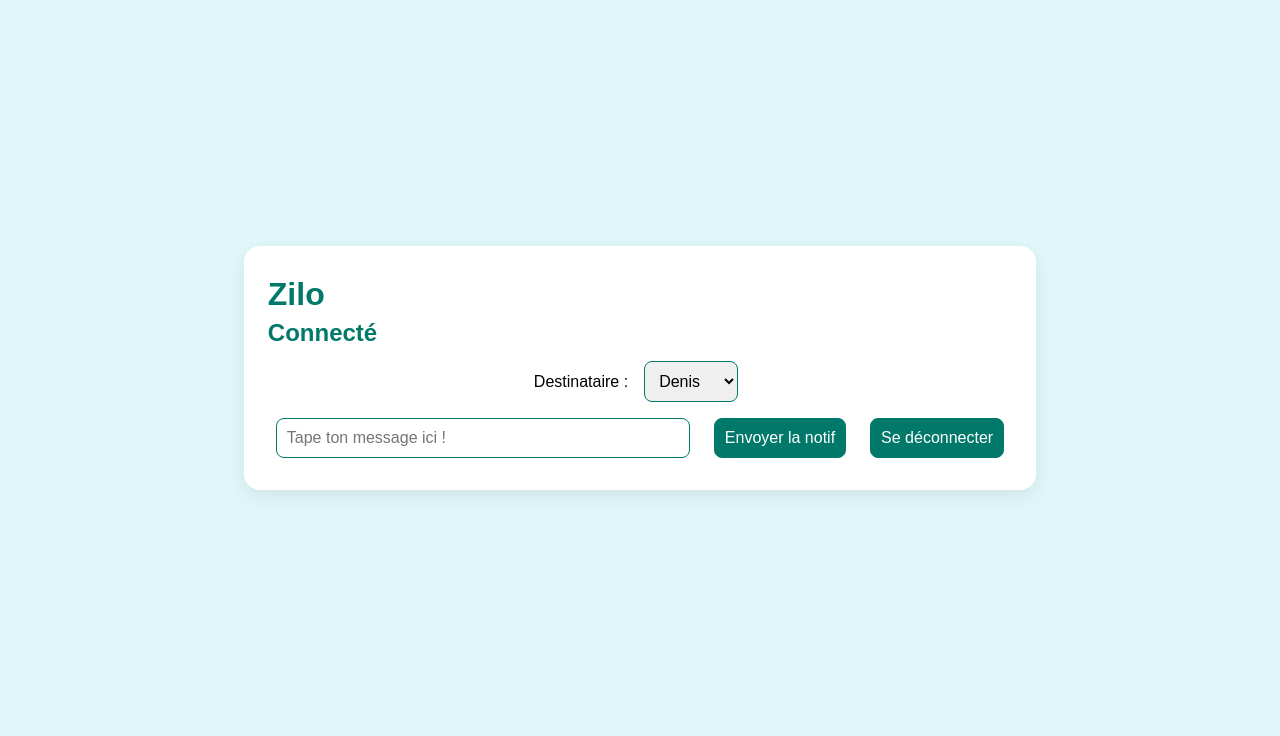
Repository: nlagardere/LumoNet
Page: public/index.html
These files come from the project's save history. The page is drawn as it stood at one moment and after a run of saves; the edit follows.
The browser window is 1280 px wide. The pictures show the whole page.

Above is the page before, as saved 2025-08-18 19:57:26.

### public/index.html
<!DOCTYPE html>
<html lang="fr">
<head>
  <meta charset="UTF-8" />
  <meta name="viewport" content="width=device-width, initial-scale=1.0" />
  <title>Zilo</title>
  <style>
    body {
      font-family: Arial, sans-serif;
      display:flex; flex-direction:column;
      align-items:center; justify-content:center;
      height:100vh; background:#e0f7fa;
    }

    h1, h2 {
      color:#00796b;
      margin:6px 0;
    }

    select, input, button {
      margin:8px;
      padding:10px;
      font-size:16px;
      border-radius:8px;
      border:1px solid #00796b;
    }

    button {
      background:#00796b;
      color:#fff;
      cursor:pointer;
    }

    button:hover{
      background:#004d40;
    }

    .row{
      display:flex;
      gap:8px;
      flex-wrap:wrap;
      align-items:center;
      justify-content:center;
    }

    .card {
      background:#fff;
      padding:24px;
      border-radius:16px;
      box-shadow:0 6px 18px rgba(0,0,0,0.08);
     }
  </style>
</head>
<body>
  <div class="card">
    <h1>Zilo</h1>
    <h2 id="welcome">Connecté</h2>

    <div class="row">
      <label for="recipient">Destinataire :</label>
      <select id="recipient">
        <option value="denis">Denis</option>
        <option value="nathan">Nathan</option>
      </select>
    </div>

    <div class="row">
      <input id="message" type="text" placeholder="Tape ton message ici !" size="40" />
      <button id="send">Envoyer la notif</button>
      <button id="logout">Se déconnecter</button>
    </div>
  </div>

  <script>
    const messageInput = document.getElementById('message');

    async function send(){
      const recipient = document.getElementById('recipient').value;
      const message = messageInput.value.trim();
      if(!message){ alert('Écris un message !'); return; }

      const res = await fetch('/api/send', {
        method:'POST', headers:{'Content-Type':'application/json'},
        body: JSON.stringify({ recipient, message })
      });
      const data = await res.json();
      if(data.ok){
        messageInput.value = '';
        alert('Notification envoyée !');
      } else {
        if(res.status === 401){
          // non connecté → renvoie vers la connexion
          window.location.href = '/login.html';
        } else {
          alert('Erreur : ' + (data.error||'inconnue'));
        }
      }
    }

    async function logout(){
      await fetch('/api/logout');
      window.location.href = '/login.html';
    }

    document.getElementById('send').addEventListener('click', send);
    document.getElementById('logout').addEventListener('click', logout);
    messageInput.addEventListener('keydown', e => { if(e.key==='Enter') send(); });
  </script>
</body>
</html>

After the next 2 saves:
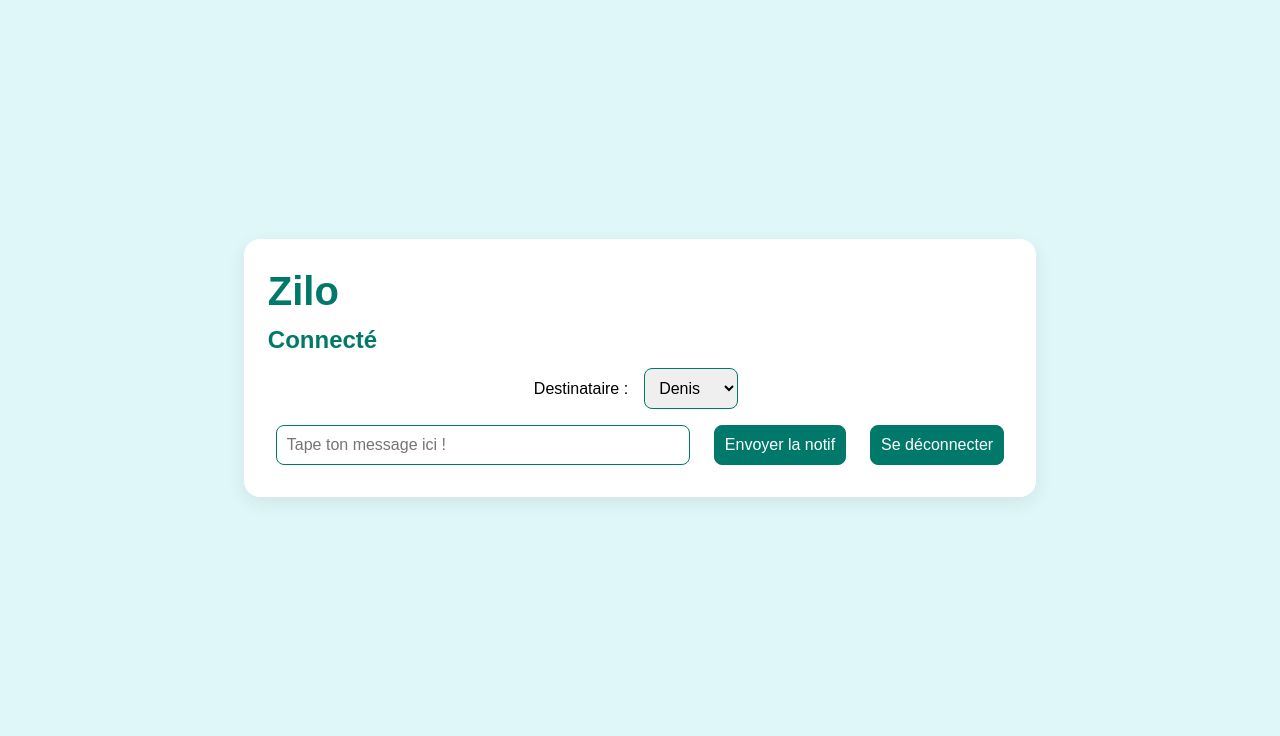
The 2 saves are shown as one change because they came seconds apart.
The last was saved 28 s later.
--- a/public/index.html
+++ b/public/index.html
@@ -49,6 +49,12 @@
       border-radius:16px;
       box-shadow:0 6px 18px rgba(0,0,0,0.08);
      }
+
+     .card h1 {
+      font-size:2.5em;
+      margin-bottom:12px;
+
+
   </style>
 </head>
 <body>
